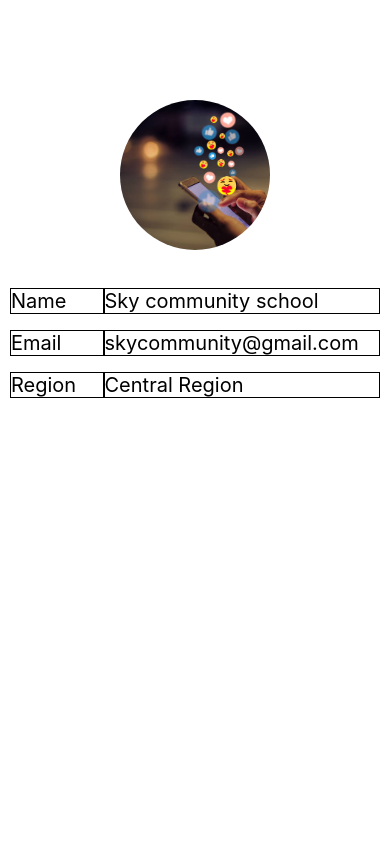
Repository: 2000-Nanayaw/MobileApp
Screen: /
An editor plug-in stored every save of this project. The screen is shown before and after the next save, followed by the edit.
The app was drawn by React Native's web renderer in a window 390 px wide. The project was rebuilt for these pictures with package versions that can differ from the ones it lists, and the page was loaded fresh each time.

Above is the screen before, as saved 2023-08-28 04:43:04.

After the next save:
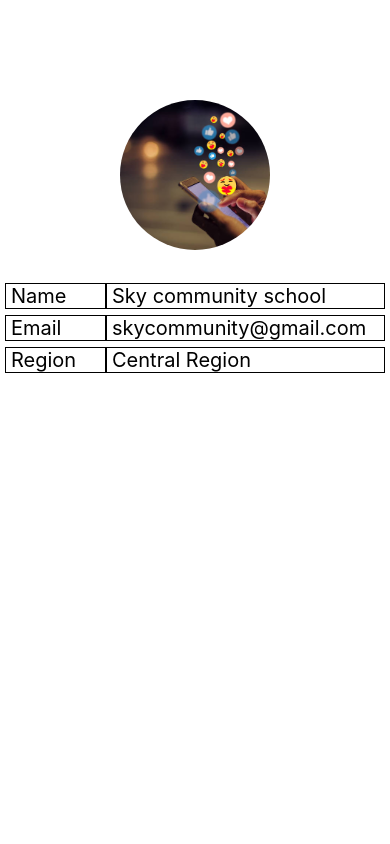
Saved 71 s later.
--- a/App.js
+++ b/App.js
@@ -71,13 +71,14 @@ image: {
 detailContainer: {
   flexDirection: "row",
   marginVertical: 3,
-  padding: 5,
+
 },
 label:{
   borderColor: "black",
   borderWidth: 1,
   fontSize: 20,
   flex: 2.5,
+  paddingHorizontal: 5,
 },
 info:{
   flex: 7.5,
